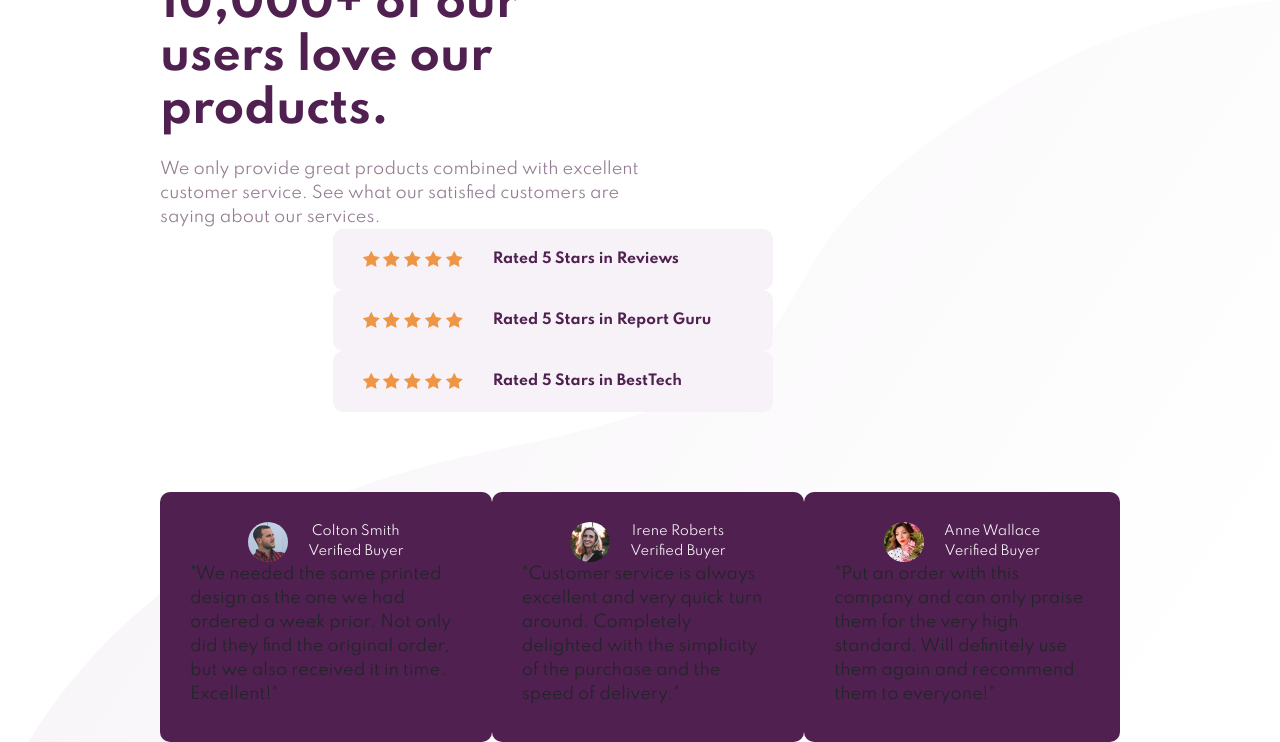
Repository: metehankasapp/social-proof-section-master
Page: index.html
An editor plug-in stored every save of this project. The page is shown before and after a run of saves, followed by the edit.
The browser window is 1280 px wide. The pictures show the whole page.
Some web libraries are served in a nearby version.

Above is the page before, as saved 2021-12-05 08:37:20.

### index.html
<!DOCTYPE html>
<html lang="en">

<head>
  <meta charset="UTF-8" />
  <meta name="viewport" content="width=device-width, initial-scale=1.0" />

  <title>Frontend Mentor | Social proof section</title>
  <link rel="preconnect" href="https://fonts.googleapis.com" />
  <link rel="preconnect" href="https://fonts.gstatic.com" crossorigin />
  <link href="https://fonts.googleapis.com/css2?family=Spartan:wght@100;200;300;400;500;600;700;800;900&display=swap"
    rel="stylesheet" />
  <link href="https://cdn.jsdelivr.net/npm/bootstrap@5.1.3/dist/css/bootstrap.min.css" rel="stylesheet"
    integrity="sha384-1BmE4kWBq78iYhFldvKuhfTAU6auU8tT94WrHftjDbrCEXSU1oBoqyl2QvZ6jIW3" crossorigin="anonymous" />
  <link rel="stylesheet" href="style.css" />
</head>

<body>
  <div class="main-ctr">
    <div class="w-100 row p-0 header-ctr">
      <div class="col-12 col-lg-6 header-area">
        <div class="header-purple">
          <h5>10,000+ of our users love our products.</h5>
        </div>

        <p class="m-0 header-text">
          We only provide great products combined with excellent customer
          service. See what our satisfied customers are saying about our
          services.
        </p>
      </div>

      <div class="
            col-12 col-lg-6
            second-col
            d-flex
            justify-content-between
            align-items-baseline
            flex-column
          ">
        <div class="rate-container">
          <div class="stars">
            <img src="images/icon-star.svg" alt="" />
            <img src="images/icon-star.svg" alt="" />

            <img src="images/icon-star.svg" alt="" />
            <img src="images/icon-star.svg" alt="" />
            <img src="images/icon-star.svg" alt="" />
          </div>
          <p class="m-0">Rated 5 Stars in Reviews</p>
        </div>
        <div class="rate-container">
          <div class="stars">
            <img src="images/icon-star.svg" alt="" />
            <img src="images/icon-star.svg" alt="" />

            <img src="images/icon-star.svg" alt="" />
            <img src="images/icon-star.svg" alt="" />
            <img src="images/icon-star.svg" alt="" />
          </div>
          <p class="m-0">Rated 5 Stars in Report Guru</p>
        </div>
        <div class="rate-container">
          <div class="stars">
            <img src="images/icon-star.svg" alt="" />
            <img src="images/icon-star.svg" alt="" />

            <img src="images/icon-star.svg" alt="" />
            <img src="images/icon-star.svg" alt="" />
            <img src="images/icon-star.svg" alt="" />
          </div>
          <p class="m-0">Rated 5 Stars in BestTech</p>
        </div>
      </div>
    </div>

    <div class="
          w-100
          m-0
          p-0
          d-flex
          flex-column flex-lg-row
          justify-content-between
          align-items-baseline
        ">
      <div class="card-item">
        <div class="card-headerr d-flex flex-row">
          <div class="card-img">
            <img src="images/image-colton.jpg" alt="" />
          </div>
          <div class="card-text">
            <p class="card-fs">Colton Smith</p>
            <p class="card-job">Verified Buyer</p>
          </div>
        </div>
        <div class="card-second">
          <p>
            "We needed the same printed design as the one we had ordered a
            week prior. Not only did they find the original order, but we also
            received it in time. Excellent!"
          </p>
        </div>
      </div>

      <div class="card-item">
        <div class="card-headerr">
          <div class="card-img">
            <img src="images/image-irene.jpg" alt="" />
          </div>
          <div class="card-text">
            <p class="card-fs">Irene Roberts</p>
            <p class="card-job">Verified Buyer</p>
          </div>
        </div>
        <div class="card-second">
          <p>
            "Customer service is always excellent and very quick turn around.
            Completely delighted with the simplicity of the purchase and the
            speed of delivery."
          </p>
        </div>
      </div>

      <div class="card-item">
        <div class="card-headerr">
          <div class="card-img">
            <img src="images/image-anne.jpg" alt="" />
          </div>
          <div class="card-text">
            <p class="card-fs">Anne Wallace</p>
            <p class="card-job">Verified Buyer</p>
          </div>
        </div>
        <div class="card-second">
          <p>
            "Put an order with this company and can only praise them for the
            very high standard. Will definitely use them again and recommend
            them to everyone!"
          </p>
        </div>
      </div>
    </div>
  </div>

  <script src="https://cdn.jsdelivr.net/npm/bootstrap@5.1.3/dist/js/bootstrap.bundle.min.js"
    integrity="sha384-ka7Sk0Gln4gmtz2MlQnikT1wXgYsOg+OMhuP+IlRH9sENBO0LRn5q+8nbTov4+1p" crossorigin="anonymous">
  </script>
  <script src="https://cdn.jsdelivr.net/npm/@popperjs/core@2.10.2/dist/umd/popper.min.js"
    integrity="sha384-7+zCNj/IqJ95wo16oMtfsKbZ9ccEh31eOz1HGyDuCQ6wgnyJNSYdrPa03rtR1zdB" crossorigin="anonymous">
  </script>
  <script src="https://cdn.jsdelivr.net/npm/bootstrap@5.1.3/dist/js/bootstrap.min.js"
    integrity="sha384-QJHtvGhmr9XOIpI6YVutG+2QOK9T+ZnN4kzFN1RtK3zEFEIsxhlmWl5/YESvpZ13" crossorigin="anonymous">
  </script>
</body>

</html>

### style.css
* {
  margin: 0;
  padding: 0;
  box-sizing: border-box;
}

html {
  font-size: 10px;
}

body {
  background-image: url("images/bg-pattern-bottom-desktop.svg");
  background-size: cover;
  height: 100vh;
  font-size: 1.6rem;
  font-family: "Spartan", sans-serif;
  display: flex;
  justify-content: center;
  align-items: center;

  padding: 12rem 16rem;
}

.second-col {
  padding-left: 100px;
}
.header-ctr {
  margin-bottom: 8rem;
}

.header-area {
  width: 500px;
}
.header-purple h5 {
  font-weight: 700;
  font-size: 44px;
  color: hsl(300, 43%, 22%);
  margin-bottom: 2rem;
}

.header-text {
  font-size: 16px;
  color: hsl(303, 10%, 53%);
}

.rate-container {
  color: hsl(300, 43%, 22%);
  font-weight: 700;
  padding: 2rem 3rem;
  background-color: hsl(300, 24%, 96%);
  font-size: 14px;
  border-radius: 10px;
  width: 440px;
  display: flex;
  justify-content: baseline;
  align-items: baseline;
}

.rate-container:nth-child(2) {
  margin-left: 4rem;
}
.rate-container:nth-child(3) {
  margin-left: 8rem;
}

.stars {
  margin-right: 3rem;
}

.card-item {
  background-color: hsl(300, 43%, 22%);
  border-radius: 10px;
  padding: 3rem;
  max-width: 350px;
  height: 250px;
}

.card-headerr {
  display: flex;
  flex-direction: row;
  align-items: baseline;
  justify-content: baseline;

  display: flex;
  justify-content: center;
  align-items: center;
}

.card-img {
  display: inline-block;
  width: 40px !important;
}

.card-item img {
  width: 40px;
  border-radius: 50%;
}

.card-text {
  margin-left: 2rem;
  display: flex;
  flex-direction: column;
  justify-content: center;
  align-items: center;
}
.card-fs {
  color: hsl(300, 24%, 96%);
  font-size: 13px;
  margin-bottom: 0;
}

.card-job {
  color: hsl(300, 24%, 96%);
  font-size: 13px;
  margin-bottom: 0;
}

After the next 2 saves:
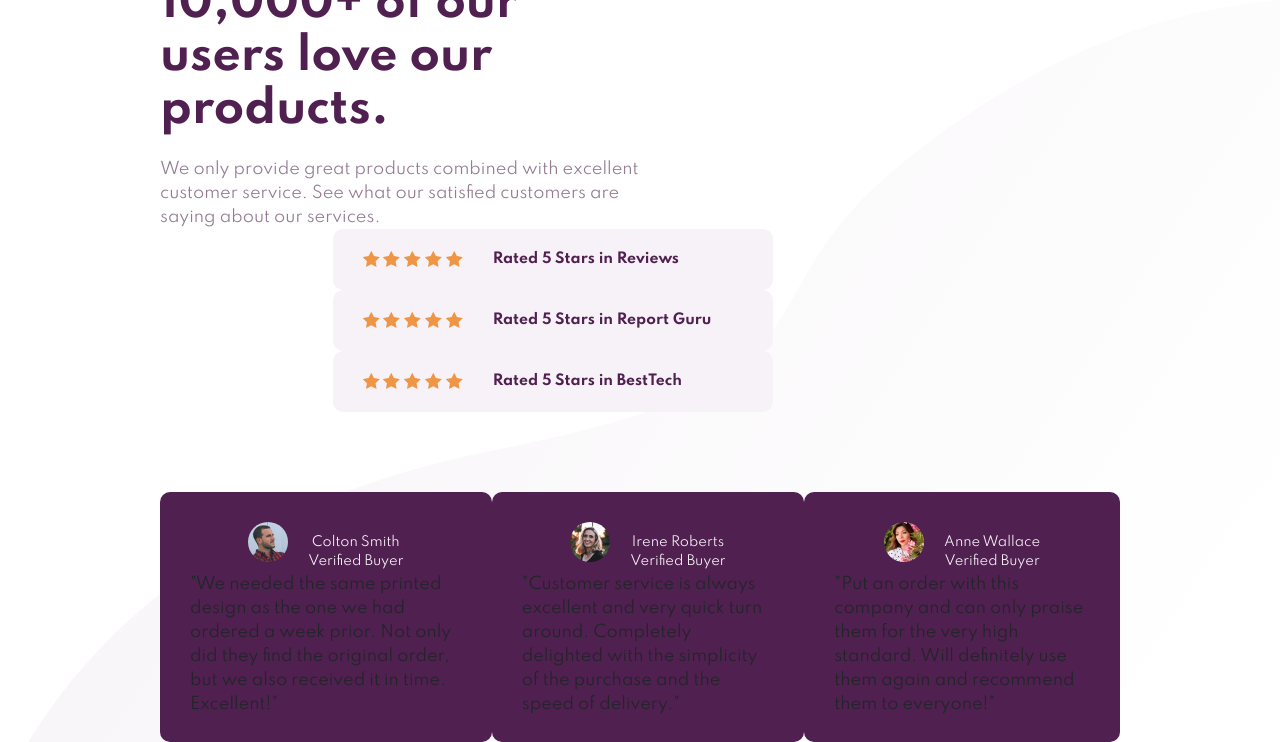
The 2 saves are shown as one change because they came seconds apart.
The last was saved 15 s later.
--- a/style.css
+++ b/style.css
@@ -79,11 +79,8 @@ body {
   display: flex;
   flex-direction: row;
   align-items: baseline;
-  justify-content: baseline;
+  justify-content: center;
 
-  display: flex;
-  justify-content: center;
-  align-items: center;
 }
 
 .card-img {
